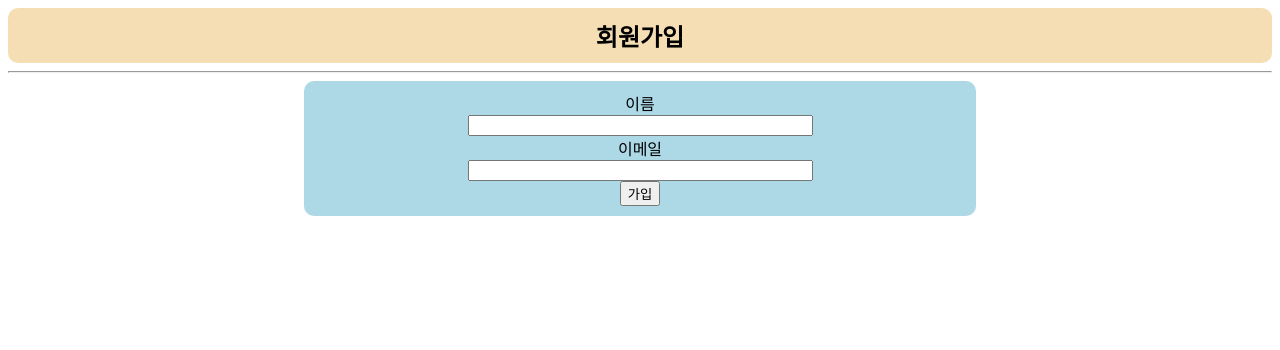
Repository: ineble/demo1
Page: test/src/main/webapp/ch03/regfrom1.html
The author's editor kept a copy of each file at every save. The page is drawn from the files as they stood at one save, then again after the next save.
The browser window is 1280 px wide. The pictures show the whole page.

Above is the page before, as saved 2022-08-03 01:23:23.

After the next save:
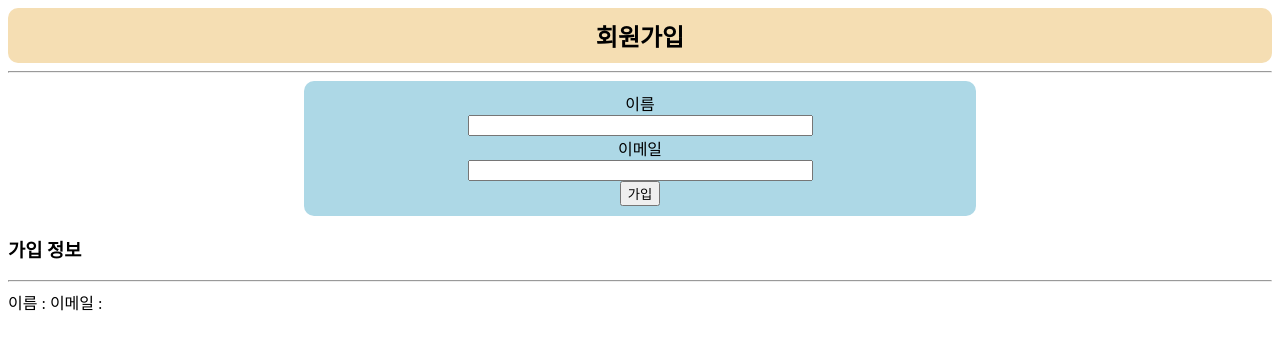
Saved 82 s later.
--- a/test/src/main/webapp/ch03/regfrom1.html
+++ b/test/src/main/webapp/ch03/regfrom1.html
@@ -36,5 +36,12 @@
 			<button onclick="join()">가입</button>
 		</form>
 	</div>
+	<div id="result">
+		<h3>가입 정보</h3>
+		<hr>
+		이름 : <span id="rname"></span>
+		이메일 : <span id="remail"></span>
+	</div>
+
 </body>
 </html>
